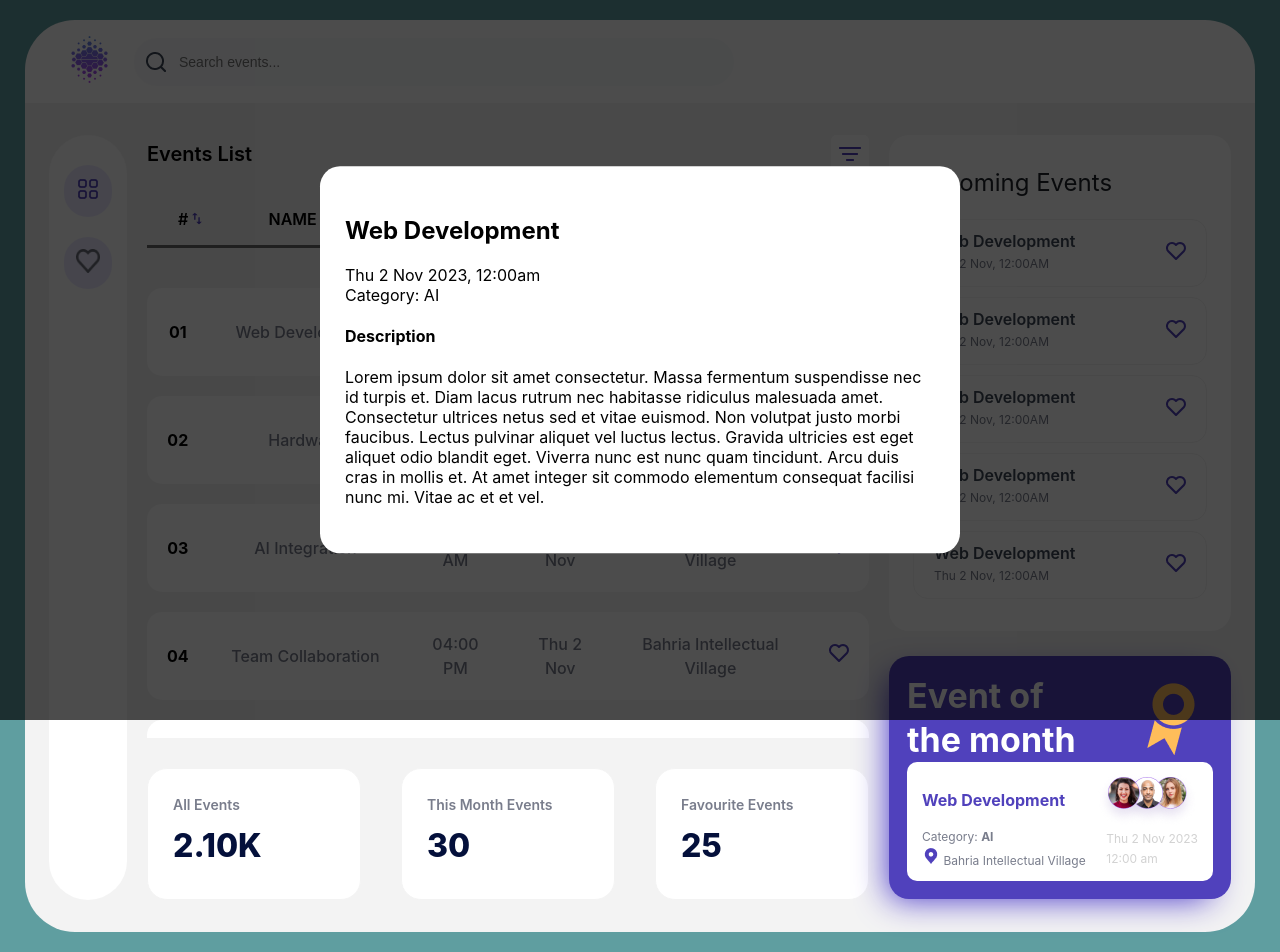
Repository: ahmadunitedsol710/react-dashboard
Page: /, after clicking the first element matching `tr.body_row`
These files come from the project's save history. The page is drawn as it stood at one moment and after the next save; the edit follows.
The browser window is 1280 px wide. The pictures show the whole page.
An inner scrolling area shows only its first screen. The project was rebuilt for these pictures with package versions that can differ from the ones it lists, and the page was loaded fresh each time.

Above is the page before, as saved 2024-08-02 09:59:01.

### src/App.js
// import {BrowserRouter as Router, Routes, Route} from 'react-router-dom';
import Header from './Components/Header/index';
import Events from './Components/Body/Events';
import './App.css';

function App() {
  return (
    <div className="App container">
    {/* <Router>
      <Routes>
          <Route path="/" exact element={<Header/>}/>
      </Routes>
    </Router> */}
    <Header/>
    <Events/>
    </div>
  );
}

export default App;

### src/Components/Header/index.js
import '../../App.css';
import logo from '../../Images/logo.png'

const Index = () => {

    return (
        <>
            <div className="header">
                <div className="logo">
                    <img src={logo} alt="logo" />
                </div>
                <div className="search_box">
                    <input type="search"  name="search" placeholder='Search events...' className='srch'/>
                </div>
            </div>
        </>
    )
}

export default Index;

### src/Components/Body/Events.js
import '../../App.css';
import Sidebar from './Sidebar';
import List from './Eventlist';
import Upcommingevent from './Upcomingevent';
import Monthlyevent from './Monthlyevent'
import { useEffect, useState } from 'react';

const Events = () => {
    const [showfav, setshowfav] = useState(false)
    const tabledata = [
        {id:"01",name:"Web Development",time:'12:00 AM',date:"Thu 2 Nov",location:"Bahria Intellectual Village"},

        {id:"02",name:"Hardware",time:'12:00 AM',date:"Thu 2 Nov",location:"Bahria Intellectual Village"},

        {id:"03",name:"AI Integration",time:'02:00 AM',date:"Thu 2 Nov",location:"Bahria Intellectual Village"},

        {id:"04",name:"Team Collaboration",time:'04:00 PM',date:"Thu 2 Nov",location:"Bahria Intellectual Village"},

        {id:"05",name:"Front End Development",time:'06:00 PM',date:"Thu 2 Nov",location:"Bahria Intellectual Village"},

        {id:"06",name:"Front End Development",time:'06:00 PM',date:"Thu 2 Nov",location:"Bahria Intellectual Village"},

        {id:"07",name:"Front End Development",time:'06:00 PM',date:"Thu 2 Nov",location:"Bahria Intellectual Village"},

        {id:"08",name:"Front End Development",time:'06:00 PM',date:"Thu 2 Nov",location:"Bahria Intellectual Village"}
   ]

   const [storedData, setStoredData] = useState([])
   useEffect(()=>{
    setStoredData(localStorage.getItem("favourite") ? JSON.parse([localStorage.getItem("favourite")]) : [])
   }, [])

   const eventdata = [
    {id:1, name:"Web Development",date_time:'Thu 2 Nov, 12:00AM'},
    {id:2, name:"Web Development",date_time:'Thu 2 Nov, 12:00AM'},
    {id:3, name:"Web Development",date_time:'Thu 2 Nov, 12:00AM'},
    {id:4, name:"Web Development",date_time:'Thu 2 Nov, 12:00AM'},
    {id:5, name:"Web Development",date_time:'Thu 2 Nov, 12:00AM'},
    {id:6, name:"Web Development",date_time:'Thu 2 Nov, 12:00AM'},
    {id:7, name:"Web Development",date_time:'Thu 2 Nov, 12:00AM'},
    {id:8, name:"Web Development",date_time:'Thu 2 Nov, 12:00AM'},
    {id:9, name:"Web Development",date_time:'Thu 2 Nov, 12:00AM'}
]

   const [storedList, setStoredList] = useState([])
   useEffect(()=>{
    setStoredList(localStorage.getItem("list") ? JSON.parse([localStorage.getItem("list")]) : [])
   }, [])



    return (
        <>
            <div className="events">
                <div className='parent_block'>
                    <Sidebar setshowfav={setshowfav}/>
                    <List showfav={showfav} favdata={storedData} tabledata={tabledata} setStoredData={setStoredData}/>

                     <div className='child_block'>
                        <Upcommingevent showfav={showfav} favdata={storedList} eventdata={eventdata} setStoredList={setStoredList}/>
                        {!showfav && <Monthlyevent/> }
                    </div>

                </div>
            </div>
        </>
    )
}

export default Events;

### src/App.css
body {
  background-color: cadetblue;
}

.container {
  max-width: 1440px;
  margin: 20px auto;
  padding: 0 25px;
  box-sizing: border-box;
}

.App-logo {
  height: 40vmin;
  pointer-events: none;
}

@media (prefers-reduced-motion: no-preference) {
  .App-logo {
    animation: App-logo-spin infinite 20s linear;
  }
}

.App-header {
  background-color: #282c34;
  min-height: 100vh;
  display: flex;
  flex-direction: column;
  align-items: center;
  justify-content: center;
  font-size: calc(10px + 2vmin);
  color: white;
}

.App-link {
  color: #61dafb;
}

@keyframes App-logo-spin {
  from {
    transform: rotate(0deg);
  }
  to {
    transform: rotate(360deg);
  }
}

::-webkit-scrollbar {
  width: 5px;
}

/* Track */
::-webkit-scrollbar-track {
  box-shadow: inset 0 0 5px grey;
  border-radius: 10px;
}

/* Handle */
::-webkit-scrollbar-thumb {
  background: #D9D9D9;
  border-radius: 10px;
}

/* Handle on hover */
::-webkit-scrollbar-thumb:hover {
  background: #6e6e6e;
}


/* Header */
.header { display: flex; justify-content: center; align-items: center; gap: 20px; background-color: #ffffff; padding: 15px 40px; border-radius: 50px 50px 0 0; }

.header .search_box { position: relative; width: 100%; }

.header .search_box .srch { background-image: url(./Images/Search.png); background-repeat: no-repeat; background-color: #F9FAFC; background-position: 10px center; border: none; padding: 13px 45px; width: 600px; border-radius: 50px; font-size: 14px; font-weight: 400; color: #3D4756; line-height: 22px; }


/* Events */
.events { background-color: #f3f3f3; padding: 32px 24px; box-sizing: border-box; border-radius: 0 0 50px 50px; }

.events .parent_block { display: flex; gap: 20px; justify-content: space-between; }

.events .parent_block .child_block { max-width: 380px; width: 100%; }

/* Sidebar */
.sidebar { display: flex; flex-direction: column; background-color: #ffffff; max-width: 80px; padding: 30px 15px; box-sizing: border-box; border-radius: 40px; }

.image { background-color: #ECEAFF; margin-bottom: 20px; border-radius: 25px; }

.sidebar_img { width: 24px; height: 24px; padding: 12px; }

/* Event list */
.event_details { /*max-width: 850px; */ width: calc(100% - 460px); }

.event_details .evenlist .main { display: flex; justify-content: space-between; align-items: center; }

.event_details .evenlist .main .heading { font-size: 20px; font-weight: 600; line-height: 30px; margin: 0; }

.event_details .evenlist .main .filter { background-color: #ffffff; padding: 5px; border-radius: 5px; box-sizing: border-box; }

table { border-collapse: separate; border-spacing: 0 20px;  width: 100%}

.tbody_container { overflow-y: auto; max-height: 470px; }

th { text-align: center; font-size: 16px; font-weight: 600; line-height: 22px; padding: 15px 20px; box-sizing: border-box; border-bottom: 3px solid #6a6a6a; }

.index { font-size: 16px; font-weight: bolder; line-height: 24px; }

.body_row td { background-color: #ffffff; padding: 20px; text-align: center; }

.body_row td:first-child { border-radius: 15px 0 0 15px; }

.body_row td:last-child { border-radius: 0 15px 15px 0; }

.body_row .details { font-size: 16px; font-weight: 500; line-height: 24px; color: #797d8c; cursor: pointer;}

.cards { display: flex; align-items: center; gap: 40px; margin-top: 30px; }

.cards .all_events, .cards .this_month, .cards .fav_events { background-color: #ffffff; border-radius: 20px; border: 1px solid #f3f3f3; width: 260px; padding: 25px 25px 33px; box-sizing: border-box; }

.cards .text { color: #797d8c; font-size: 14px; font-weight: 600; line-height: 22px; margin: 0; }

.cards .title { font-size: 32px; line-height: 40px; font-weight: 800; margin: 10px 0 0; color: #04103b; }



/* Upcoming events */
.upcomingevents { background-color: #ffffff; border-radius: 20px; padding: 32px 24px; box-sizing: border-box; }

.upcomingevents .title { font-size: 24px; line-height: 32px; font-weight: 400; color: #1e232a; margin: 0 0 20px; }

.upcomingevents .events_list { margin: 0; padding: 0; height: 380px; overflow-y: auto; }

.upcomingevents .events_list .event { border: 1px solid #f3f3f3; list-style-type: none; border-radius: 15px; padding: 10px 20px; display: flex; align-items: center; justify-content: space-between; margin-bottom: 10px; }

.upcomingevents .events_list .event:last-child { margin-bottom: 0; }

.upcomingevents .events_list .event .event_title { font-size: 16px; font-weight: 600; line-height: 22px; color: #3d4756; margin: 0; }

.upcomingevents .events_list .event .event_date_time { font-size: 12px; font-weight: 400; line-height: 24px; color: #797D8C; margin: 0; }


/* Monthly event */
.monthly_event { background-color: #5041bc; color: #ffffff; padding: 18px; box-sizing: border-box; border-radius: 20px; margin-top: 25px; box-shadow: -10px 10px 33px -10px #4533C9; }

.monthly_event .upper_part { display: flex; justify-content: space-between; align-items: center; }

.monthly_event .upper_part .heading { max-width: 180px; margin: 0; font-size: 34px; font-weight: 700; line-height: 44px; }

.bottom_part { background-color: #ffffff; color: #5041BC; border-radius: 10px; padding: 10px 15px; }

.bottom_part .first_row, .bottom_part .second_row { display: flex; justify-content: space-between; align-items: center; }

.bottom_part .first_row .course_title { margin: 0; font-size: 16px; font-weight: 700; line-height: 26px; }

.bottom_part .second_row { font-size: 12px; font-weight: 400; line-height: 20px; }

.bottom_part .second_row .cat_loc { color: #797D8C; }

.bottom_part .second_row .date_time { color: #D2D2D2; }




/* Detail Popup */
.overlay {
  position: fixed;
  top: 0;
  left: 0;
  width: 100%;
  height: 100%;
  background: rgba(0, 0, 0, 0.7);
}

.overlay .detailpopup {
  position: absolute;
  background-color: #ffffff;
  transform: translate(-50%, -50%);
  left: 50%;
  top: 50%;
  border-radius: 20px;
  padding: 30px 25px;
  box-sizing: border-box;
}

### src/Components/Body/Sidebar.js
import '../../App.css';
import grid from '../../Images/grid.png';
import favourite from '../../Images/fav.png'

const sidebar = ({setshowfav}) => {

    return (
        <>
            <div className="sidebar">
                <div className="image">
                    <img src={grid} alt="grid" className='sidebar_img' onClick={()=>setshowfav(false)}/>
                </div>
                <div className="image">
                    <img src={favourite} alt="favourite" className='sidebar_img' onClick={()=>setshowfav(true)}/>
                </div>
            </div>
        </>
    )
}

export default sidebar;

### src/Components/Body/Eventlist.js
import '../../App.css';
import swap from '../../Images/swap.png';
import emptyfav from '../../Images/empty_fav.png'
import fillfav from '../../Images/fill_fav.png'
import filter from '../../Images/filter.png'
import { useEffect, useState } from 'react';
import Detailpopup from './Detailpopup';

const Eventlist = ({showfav, favdata, tabledata, setStoredData}) => {
    const [showModal, setShowModal] = useState(false)


    const add_fav = (data) => {
        const isFav = favdata.some(favitem => favitem.id === data.id)

        if (isFav) {
            // setStoredData(favdata.filter(favitem => favitem.id !== data.id));
            const updatedFavData = favdata.filter(favItem => favItem.id !== data.id);
            setStoredData(updatedFavData);
            localStorage.setItem("favourite", JSON.stringify(updatedFavData))

            console.log("else 1")
        }
        else {
            const updatedFavData = [...favdata, data];
            setStoredData(updatedFavData);
            localStorage.setItem("favourite", JSON.stringify(updatedFavData))
            console.log("else 2")
        }
    };

    const closeModal = () => {
        setShowModal(false)
    }

       const all_events = {text:"All Events", title:"2.10K"}
       const this_month = {text:"This Month Events", title:"30"}
       const fav_events = {text:"Favourite Events", title:"25"}
    return (
        <>
            <div className="event_details">
                <div className="evenlist">
                    <div className="main">
                        <h2 className='heading'>Events List</h2>
                        <img src={filter} alt="filter" className='filter' />
                    </div>
                    <div className="table_data">
                        <table className="table">
                            <thead className='table_head'>
                                <tr>
                                    <th># <img src={swap} alt="swap" /> </th>
                                    <th>NAME</th>
                                    <th>TIME</th>
                                    <th>DATE</th>
                                    <th>LOCATION</th>
                                    <th>ACTION</th>
                                </tr>
                            </thead>
                        </table>
                        <div className="tbody_container">
                            <table>
                                <tbody>
                                    {!showfav ? tabledata.map((data)=>(
                                        <tr className='body_row' key={data.id} onClick={()=>setShowModal(true)}>
                                        <td className='index' data-label="index">{data?.id}</td>
                                        <td className='details' data-label="name">{data?.name}</td>
                                        <td className='details' data-label="time">{data?.time}</td>
                                        <td className='details' data-label="date">{data?.date}</td>
                                        <td className='details' data-label="location">{data?.location}</td>
                                        <td className='details' data-label="location"> <img src={favdata.some(favitem => favitem.id === data.id) ? fillfav : emptyfav} alt="favourite"
                                        onClick={()=>add_fav(data)}/></td>
                                    </tr>)) :
                                    favdata.map((data)=>(
                                        <tr className='body_row' key={data.id} onClick={()=>setShowModal(true)}>
                                        <td className='index' data-label="index">{data?.id}</td>
                                        <td className='details' data-label="name">{data?.name}</td>
                                        <td className='details' data-label="time">{data?.time}</td>
                                        <td className='details' data-label="date">{data?.date}</td>
                                        <td className='details' data-label="location">{data?.location}</td>
                                        <td className='details' data-label="location"> <img src={favdata.some(favitem=>favitem.id === data.id) ? fillfav : emptyfav} alt="favourite"
                                        onClick={()=>add_fav(data)}/></td>
                                    </tr>
                                    ))}
                                </tbody>
                            </table>
                        </div>
                    </div>
                </div>

             {!showfav &&   <div className="cards">
                    <div className="all_events">
                        <p className='text'>{all_events.text}</p>
                        <h2 className='title'>{all_events.title}</h2>
                    </div>
                    <div className="this_month">
                        <p className='text'>{this_month.text}</p>
                        <h2 className='title'>{this_month.title}</h2>
                    </div>
                    <div className="fav_events">
                        <p className='text'>{fav_events.text}</p>
                        <h2 className='title'>{fav_events.title}</h2>
                    </div>
                </div>}
            </div>
            {showModal && <Detailpopup closeModal={closeModal}/>}
        </>
    )
}

export default Eventlist;

### src/Components/Body/Upcomingevent.js
import emptyfav from '../../Images/empty_fav.png'
import fillfav from '../../Images/fill_fav.png'

const Upcommingevent = ({showfav, eventdata, setStoredList, favdata}) => {

    const add_fav = (list) => {
        const isFav = favdata.some(favitem => favitem.id === list.id)

        if (isFav) {
            const updatedFavData = favdata.filter(favItem => favItem.id !== list.id);
            setStoredList(updatedFavData);
            localStorage.setItem("list", JSON.stringify(updatedFavData))
            console.log("else 1")
        }
        else {
            const updatedFavData = [...favdata, list];
            setStoredList(updatedFavData);
            localStorage.setItem("list", JSON.stringify(updatedFavData))
            console.log("else 2")
        }
    };

    return (
        <>  {/* add multiple tags when use empty tags */}
            <div className="upcomingevents">
                <h2 className="title">Upcoming Events</h2>

                <ul className="events_list">
                    {!showfav ? eventdata.map((list) => (
                        <li className="event" key={list.id}>
                            <div className="title_date_time">
                                <p className="event_title">{list.name}</p>
                                <p className="event_date_time">{list.date_time}</p>
                            </div>
                            <div>
                                <img src={favdata.some(favitem => favitem.id === list.id) ? fillfav : emptyfav} alt="emptyfav"
                                onClick={()=>add_fav(list)}/>
                            </div>
                        </li>
                    )) :
                    favdata.map((list) => (
                        <li className="event" key={list.id}>
                            <div className="title_date_time">
                                <p className="event_title">{list.name}</p>
                                <p className="event_date_time">{list.date_time}</p>
                            </div>
                            <div>
                                <img src={favdata.some(favitem => favitem.id === list.id) ? fillfav : emptyfav} alt="emptyfav"
                                onClick={()=>add_fav(list)}/>
                            </div>
                        </li>
                    ))}
                </ul>
            </div>
        </>
    )

}

export default Upcommingevent;

### src/Components/Body/Monthlyevent.js
import loc from '../../Images/location.png'
import teacher_img from '../../Images/user.png'
import pin from '../../Images/pin.png'


const MonthlyEvent = () => {
    const course_details = {name:"Web Development", image:teacher_img, category:"AI", location:"Bahria Intellectual Village", date:"Thu 2 Nov 2023", time:"12:00 am" }
    return (
        <>
        <div className="monthly_event">
            <div className="upper_part">
                <h1 className="heading">Event of the month</h1>
                <img src={loc} alt="location" />
            </div>

            <div className="bottom_part">
                <div className="first_row">
                    <h3 className='course_title'>{course_details.name}</h3>
                    <img src={course_details.image} alt="teachers" />
                </div>
                <div className="second_row">
                    <div className="cat_loc">
                        <div>Category: <strong>{course_details.category}</strong></div>
                        <div> <img src={pin} alt="pin" />  {course_details.location}</div>
                    </div>
                    <div className="date_time">
                        <div className="date">{course_details.date}</div>
                        <div className="time">{course_details.time}</div>
                    </div>
                </div>
            </div>
        </div>
        </>
    )
}


export default MonthlyEvent;

### src/Components/Body/Detailpopup.js

import pin from '../../Images/pin.png'

const Detailpopup = ({closeModal}) => {
    return (
        <>
        <div className="overlay" onClick={closeModal}>
            <div className="detailpopup">
                <div className="course_Details">
                    <div className="title_time">
                        <h2 className="title">Web Development</h2>
                        <span className="time">Thu 2 Nov 2023, 12:00am</span>
                    </div>
                    <span className="category">Category: AI</span>
                    <div className="description">
                        <h4 className="desc_title">Description</h4>
                        <p className="text">Lorem ipsum dolor sit amet consectetur. Massa fermentum suspendisse nec id turpis et. Diam lacus rutrum nec habitasse ridiculus malesuada amet. Consectetur ultrices netus sed et vitae euismod. Non volutpat justo morbi faucibus. Lectus pulvinar aliquet vel luctus lectus. Gravida ultricies est eget aliquet odio blandit eget. Viverra nunc est nunc quam tincidunt. Arcu duis cras in mollis et. At amet integer sit commodo elementum consequat facilisi nunc mi. Vitae ac et et vel.</p>
                    </div>
                </div>
            </div>
        </div>
        </>
    )
}

export default Detailpopup;

Loaded but not shown: public/index.html (common file); src/index.js (common file); src/index.css (common file); src/reportWebVitals.js (common file)

After the next save:
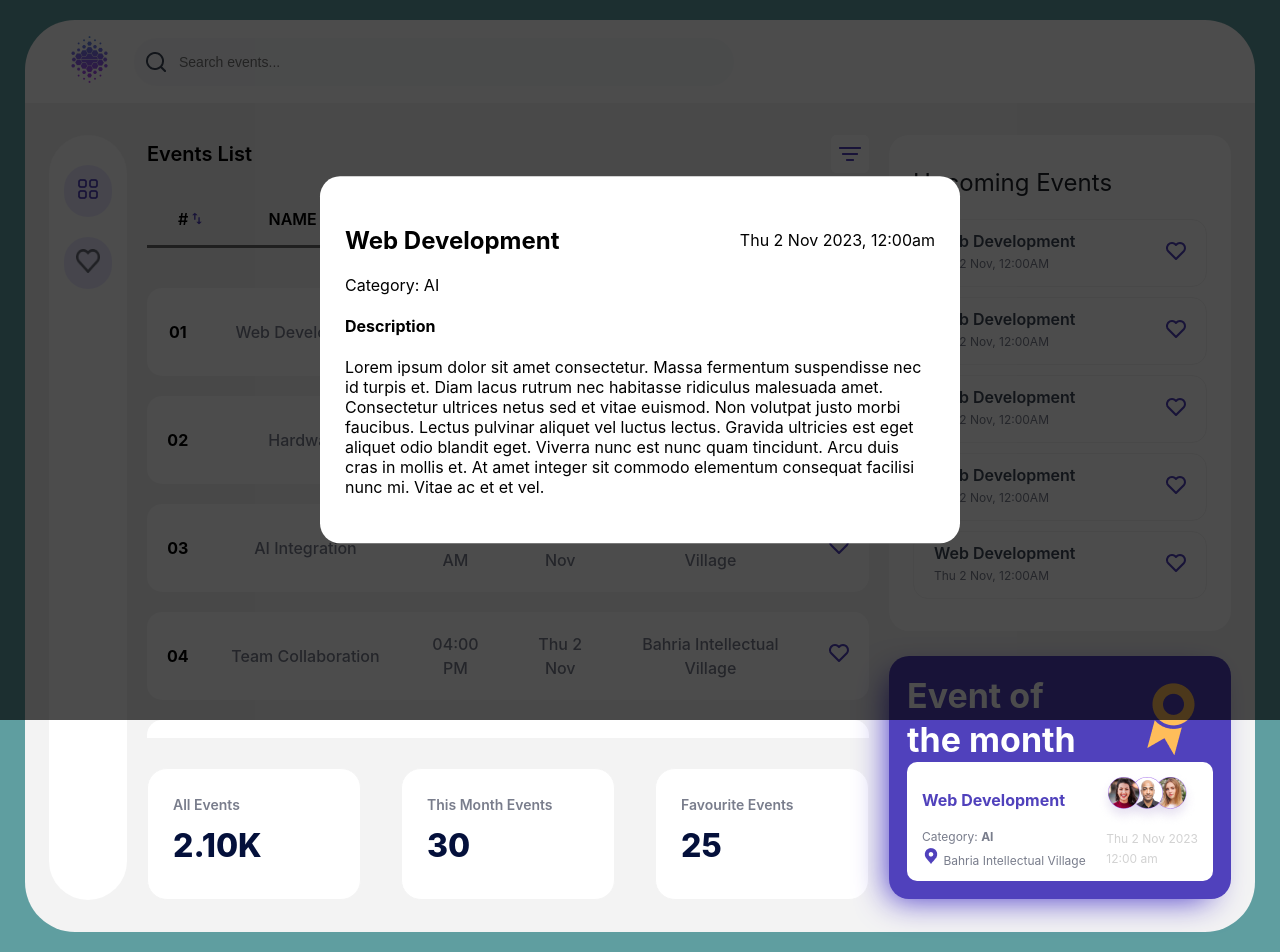
Saved 107 s later.
--- a/src/App.css
+++ b/src/App.css
@@ -181,3 +181,12 @@ th { text-align: center; font-size: 16px; font-weight: 600; line-height: 22px; p
   padding: 30px 25px;
   box-sizing: border-box;
 }
+
+
+
+
+.title_time {
+  display: flex;
+  justify-content: space-between;
+  align-items: center;
+}
